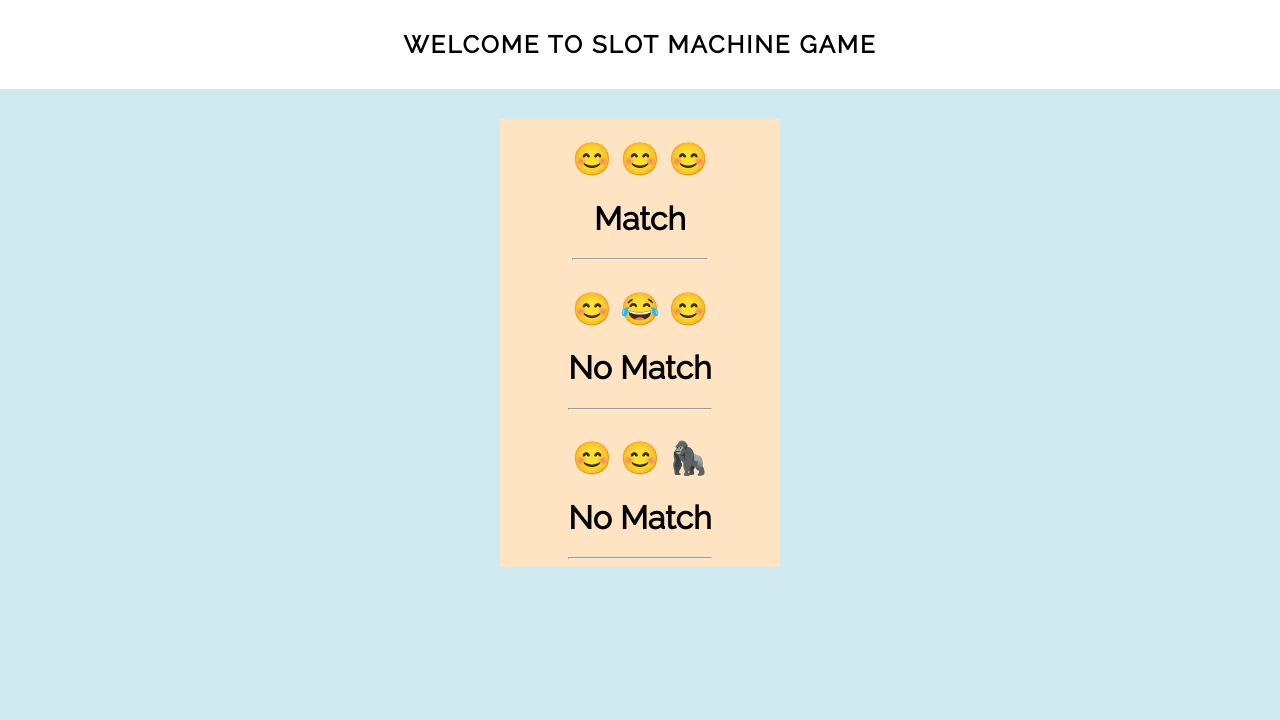
Repository: duggallakshya/slotMachineReact
Page: /
The author's editor kept a copy of each file at every save. The page is drawn from the files as they stood at one save, then again after the next save.
The browser window is 1280 px wide. The pictures show the whole page.
The project was rebuilt for these pictures with package versions that can differ from the ones it lists, and the page was loaded fresh each time.

Above is the page before, as saved 2022-03-23 00:37:53.

After the next save:
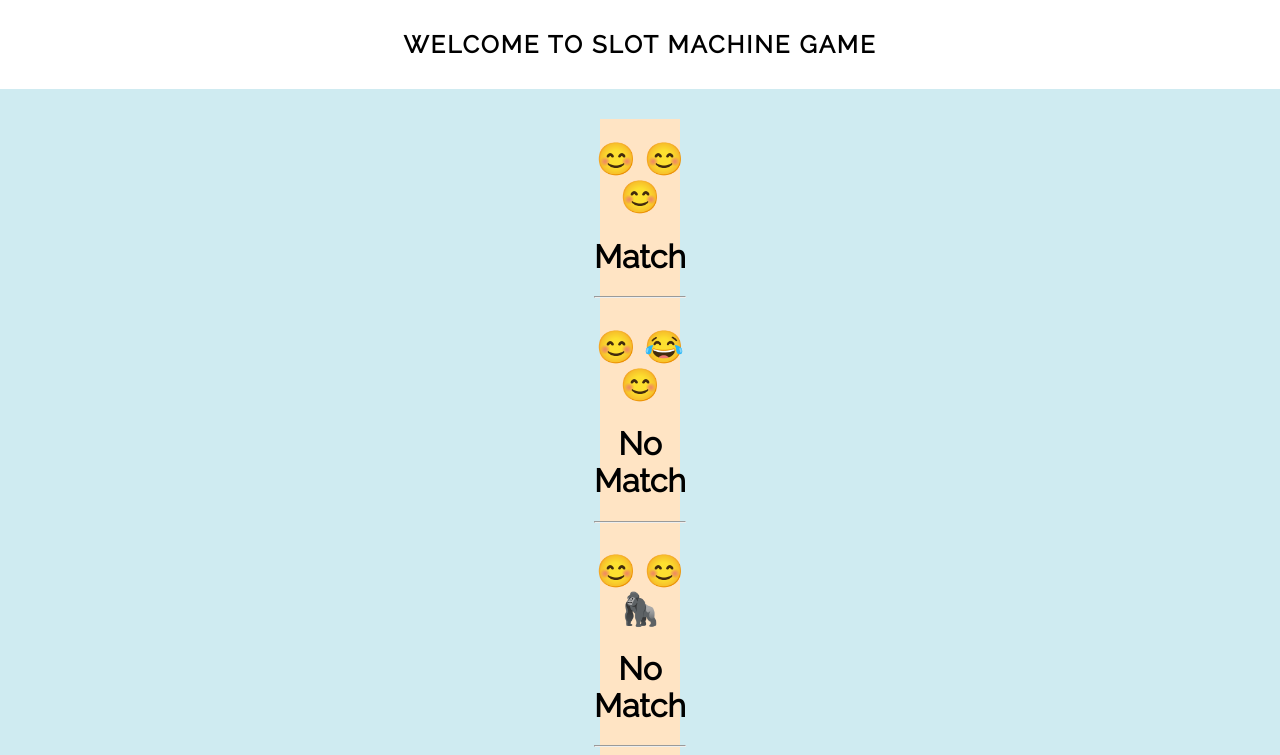
Saved 7 s later.
--- a/src/index.css
+++ b/src/index.css
@@ -33,7 +33,7 @@ body{
   align-items: center;
   background-color: bisque;
   /* padding: 0px 30px;*/
-  margin: 0px 500px;
+  margin: 0px 600px;
   position: relative;
 
 }
